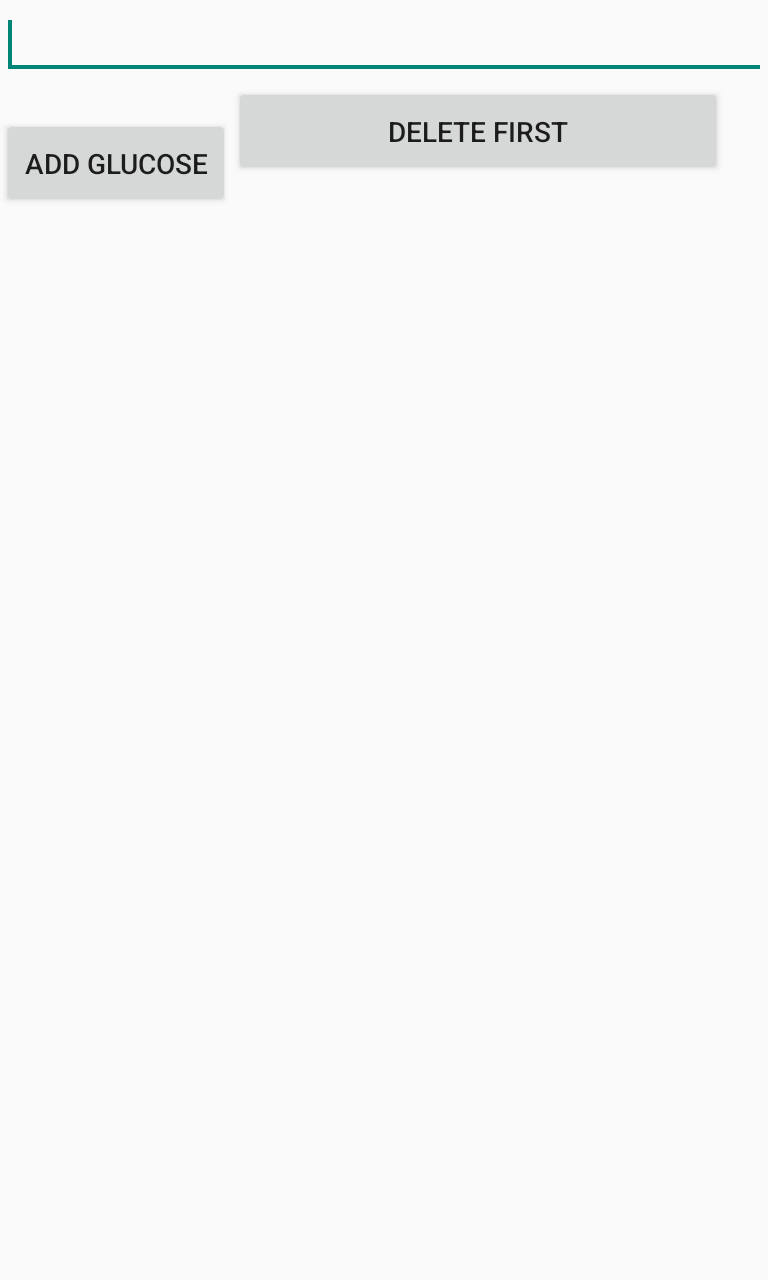
Repository: luo-yu/AndroidProjects
Layout: Untitled Folder/SQLiteGlucose/res/layout/fragment_edit_glucose.xml
An editor plug-in stored every save of this project. The layout is shown before and after the next save, followed by the edit.
It is drawn on a 768 x 1280 px phone screen (xhdpi) without system bars, with theme AppTheme; the app's code is not run. Lists and similar views that code fills are empty.

Above is the layout before, as saved 2014-05-02 12:58:42.

After the next save:
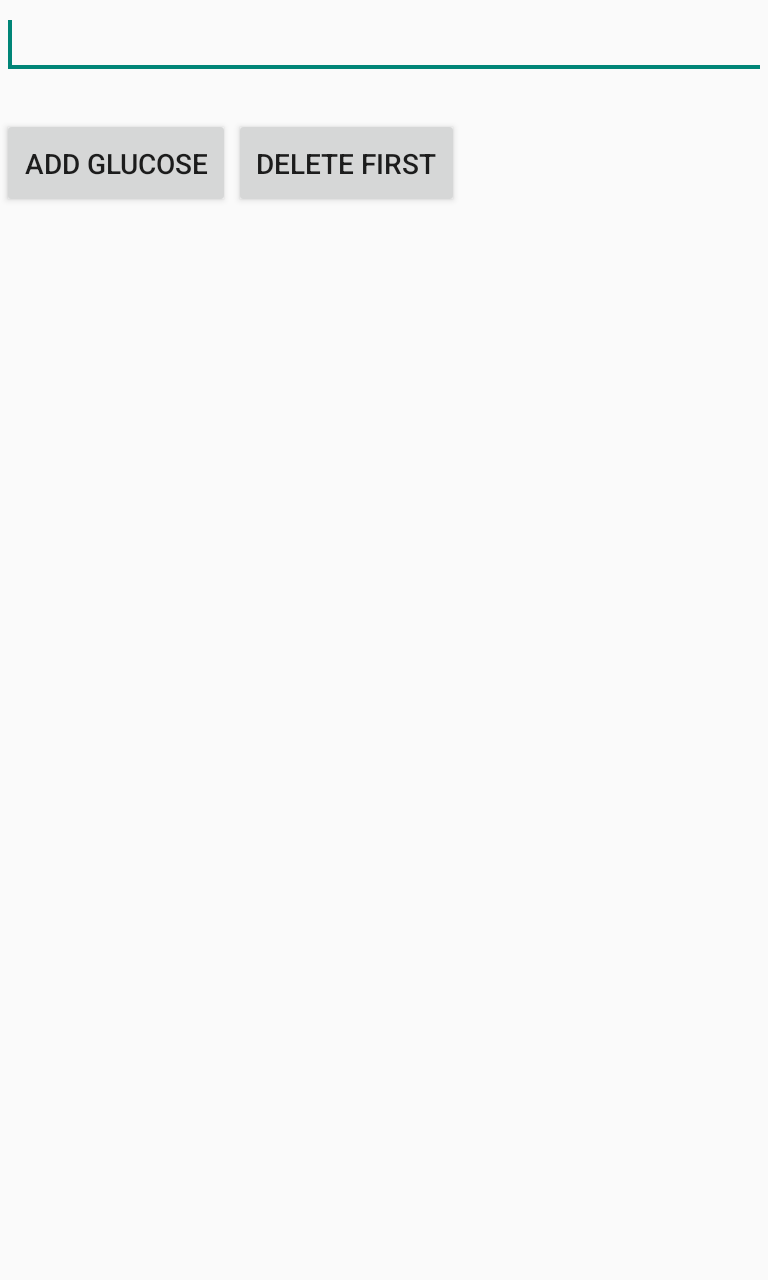
Saved 22 s later.
--- a/Untitled Folder/SQLiteGlucose/res/layout/fragment_edit_glucose.xml
+++ b/Untitled Folder/SQLiteGlucose/res/layout/fragment_edit_glucose.xml
@@ -25,17 +25,6 @@
         android:onClick="btn_add_glucose"
         android:text="Add GLucose" />
 
-    <Button
-        android:id="@+id/btn_delete_glucose"
-        android:layout_width="wrap_content"
-        android:layout_height="wrap_content"
-        android:layout_alignParentRight="true"
-        android:layout_below="@+id/editText1"
-        android:layout_marginRight="22dp"
-        android:layout_toRightOf="@+id/btn_add_glucose"
-        android:onClick="btn_delete_glucose"
-        android:text="Delete First" />
-
     <ListView
         android:id="@+id/listView1"
         android:layout_width="wrap_content"
@@ -44,4 +33,14 @@
 
     </ListView>
 
+    <Button
+        android:id="@+id/btn_delete_glucose"
+        android:layout_width="wrap_content"
+        android:layout_height="wrap_content"
+        android:layout_alignBaseline="@+id/btn_add_glucose"
+        android:layout_alignBottom="@+id/btn_add_glucose"
+        android:layout_toRightOf="@+id/btn_add_glucose"
+        android:onClick="btn_delete_glucose"
+        android:text="Delete First" />
+
 </RelativeLayout>
